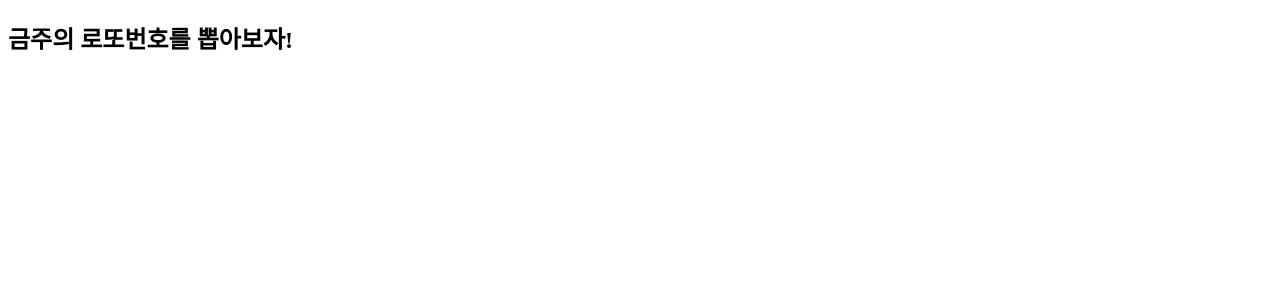
Repository: sun2898/JSP
Page: http://localhost/JSPBasic/request/lottoMain.jsp
An editor plug-in stored every save of this project. The page is shown before and after the next save, followed by the edit.
The browser window is 1280 px wide. The pictures show the whole page.
The page is served by Tomcat 9.

Above is the page before, as saved 2023-06-05 06:52:49.

After the next save:
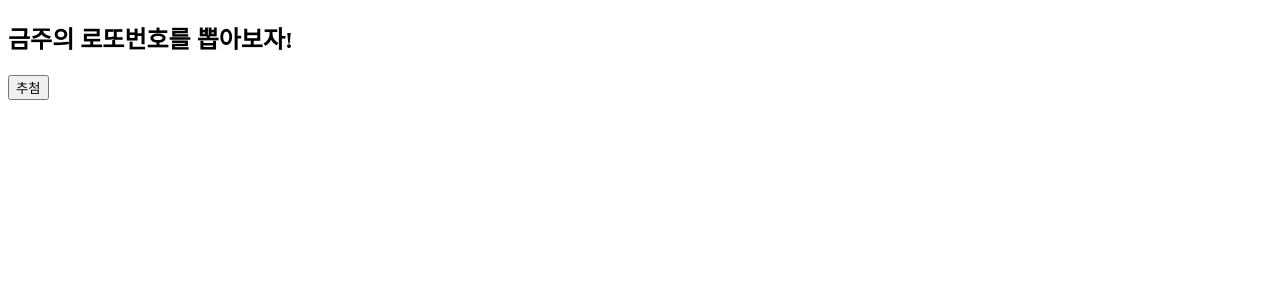
Saved 37 s later.
--- a/JSPBasic/src/main/webapp/request/lottoMain.jsp
+++ b/JSPBasic/src/main/webapp/request/lottoMain.jsp
@@ -9,5 +9,6 @@
 <body>
 	<h2>금주의 로또번호를 뽑아보자!</h2>
 	<form action ="lottoNumber.jsp"></form>
+	<input type ="submit" value = "추첨">
 </body>
 </html>
